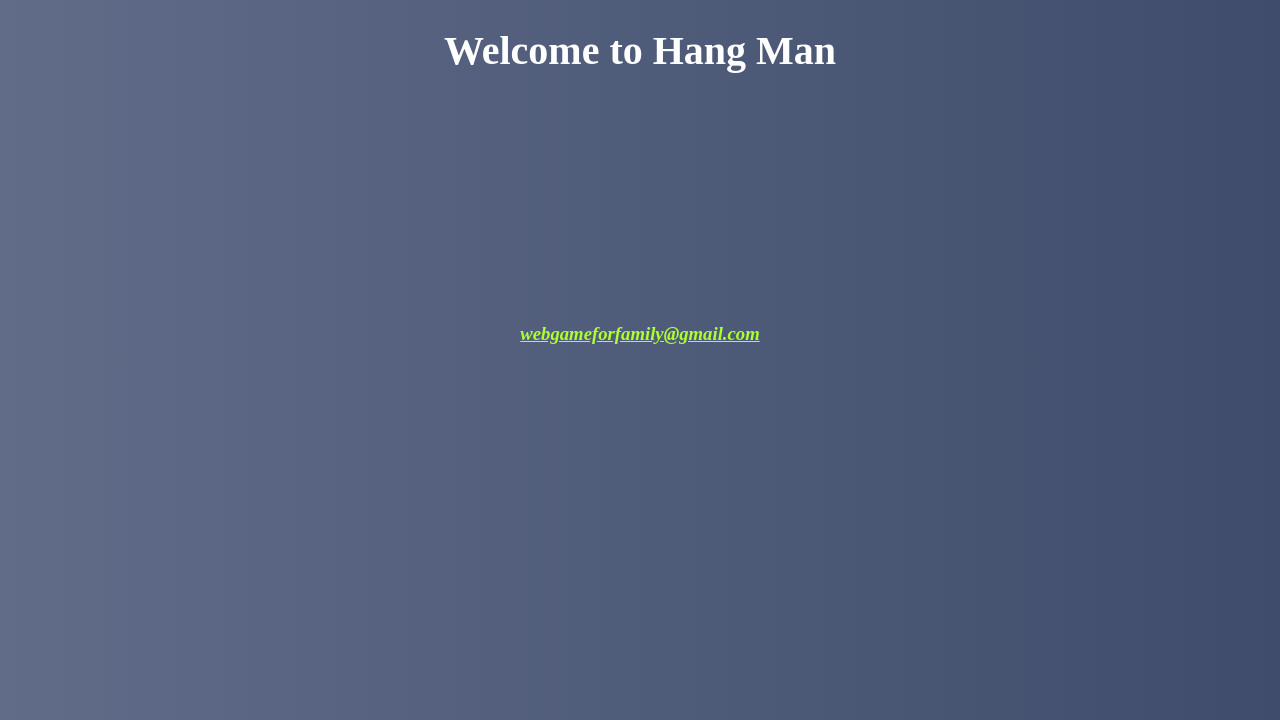
Repository: Darkingfired/Game
Page: hangman.html
The author's editor kept a copy of each file at every save. The page is drawn from the files as they stood at one save, then again after the next save.
The browser window is 1280 px wide. The pictures show the whole page.

Above is the page before, as saved 2022-11-12 20:38:07.
Console error: ReferenceError: Cannot access 'context' before initialization

### hangman.html
<!DOCTYPE html>
<html lang="en">

<head>
    <div>
        <meta charset="UTF-8">
        <meta http-equiv="X-UA-Compatible" content="IE=edge">
        <meta name="viewport" content="width=device-width, initial-scale=1.0">
        <link rel="stylesheet" href="style.css" />
        <script src="Game.js"></script>
        <title>Hang Man game</title>
    </div>
</head>

<body>
    <div></div>
        <h1>Welcome to Hang Man</h1>
        <!-- <canvas id="myCanvas"></canvas> -->
        <canvas id="my-canvas" width="400px" height="200px"></canvas>
        <!-- <img id="myImage" src="./hangman copy.jpg" height="25px", width="25px"/> -->

         <!-- <script>
            window.onload = function(){
                const canvas = document.getElementById("myCanvas");
                const ctx = canvas.getContext("2d")
                const image = document. getElementById("myImage");
                ctx.drawImage(image, 0, 0);
              }
        </script> -->


        <h3>
            <address><a href="mailto:">webgameforfamily@gmail.com</a></address>
        </h3>
    </div>
</body>

</html>

### style.css
body {
  /** background-image: linear-gradient(to right, #f46b45, #eea849); */
  background-image: linear-gradient(to right, #606c88, #3f4c6b);
  color: white;
  text-align: center;
}
.wrapper {
  width: fit-content;
  margin: auto;
}
.hint-div {
  display: flex;
  color: chartreuse;
}
.hint-button,
.reset-button,
.notification-button {
  cursor: pointer;
}
.reset-button {
  margin-left: auto;
}
.alpha {
  width: 2rem;
  height: 2rem;
  background: #ffe5b4;
  border: none;
  border-radius: 4px;
  margin: 3px;
  cursor: pointer;
}
.alpha:hover {
  background-color: #e75480;
  border: none;
}
.disabled {
  pointer-events: none;
  background-color: darkgray;
}

.word-div {
  display: inline-flex;
}
.word {
  margin-right: 1.5rem;
}
.notification {
  position: absolute;
  top: 50%;
  left: 50%;
  transform: translate(-50%, -50%);
  background: #fc6c85;
  width: 20rem;
  padding: 20px 10px;
  border-radius: 4px;
  box-shadow: 3px 3px 1px 1px rgba(0, 0, 0, 0.2);
}
.blur {
  filter: blur(2px);
}
.hidden {
  display: none;
}
form {
  display: block;
  font-size: 30px;
}
h1{
  font-size: 40px;
}
label{
  font-size: 40px;
}
input{
  font-size: 20px;
}
a{
  color:greenyellow;
}

### Game.js
// const canvas = document.getElementById("myCanvas");
// const ctx = canvas.getContext("2d");


// var image = new Image();
//image.src = './hangman copy.jpg';


//  window.onload = function()
// {
//   image.src = './hangman copy.jpg';
//   const canvas = document.getElementById("myCanvas");
//   const ctx = canvas.getContext("2d");
//   const image = document. getElementById("myImage");
//   ctx.drawImage(image, 1, 1);
//}
context.drawImage('./cat.jpg', 0, 0);
const canvas = document.getElementById('canvas'); const context = canvas.getContext('2d'); const img = new Image();        img.src = './cat.jpg';        img.onload = () => {          context.drawImage(img, 0, 0);        };
const myCanvas = document.getElementById('my-canvas'); const myContext = myCanvas.getContext('2d');

After the next save:
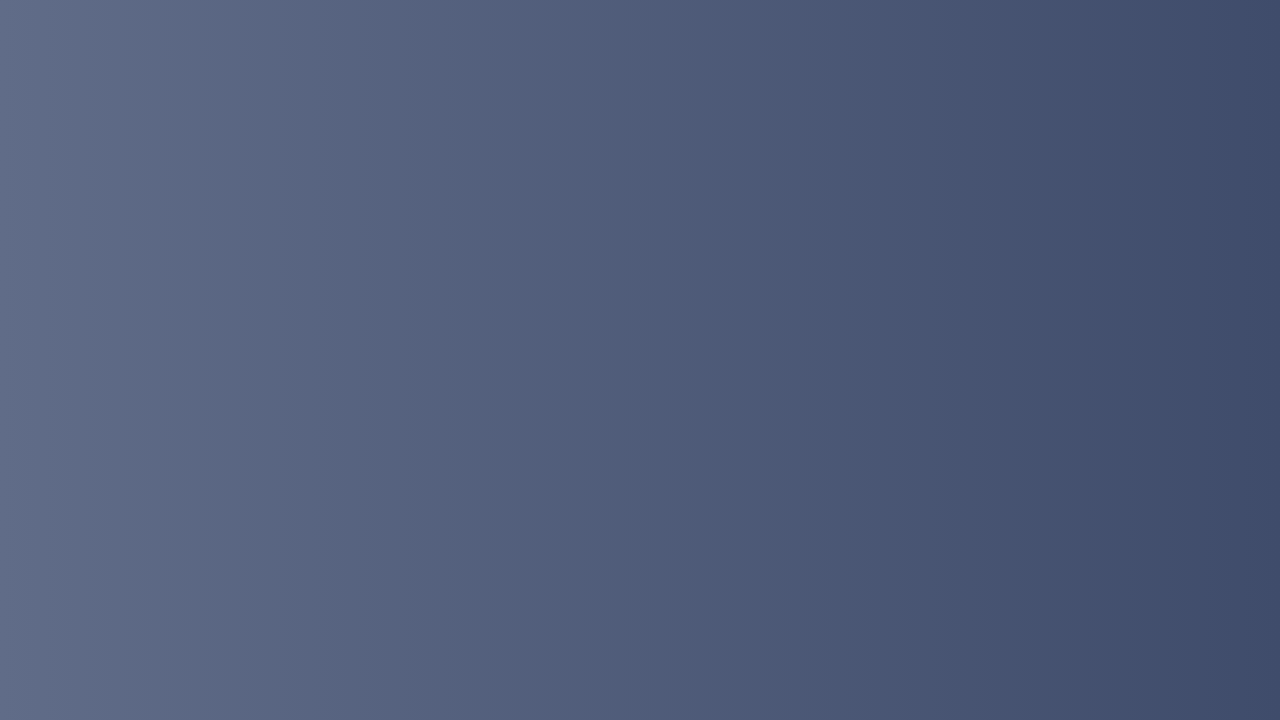
Saved 10 s later.
--- a/hangman.html
+++ b/hangman.html
@@ -14,24 +14,7 @@
 
 <body>
     <div></div>
-        <h1>Welcome to Hang Man</h1>
-        <!-- <canvas id="myCanvas"></canvas> -->
-        <canvas id="my-canvas" width="400px" height="200px"></canvas>
-        <!-- <img id="myImage" src="./hangman copy.jpg" height="25px", width="25px"/> -->
 
-         <!-- <script>
-            window.onload = function(){
-                const canvas = document.getElementById("myCanvas");
-                const ctx = canvas.getContext("2d")
-                const image = document. getElementById("myImage");
-                ctx.drawImage(image, 0, 0);
-              }
-        </script> -->
-
-
-        <h3>
-            <address><a href="mailto:">webgameforfamily@gmail.com</a></address>
-        </h3>
     </div>
 </body>
 

After the 4 saves that followed:
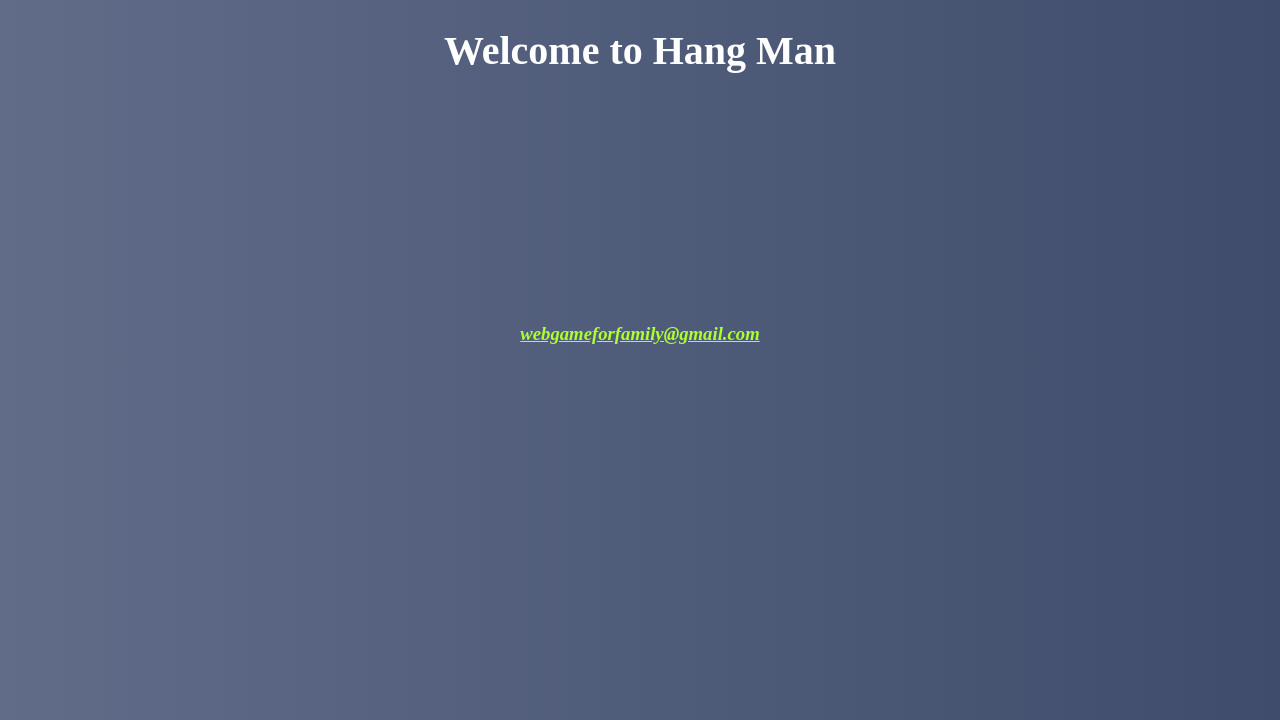
The 4 saves are shown as one change because they came seconds apart.
The last was saved 18 s later.
--- a/hangman.html
+++ b/hangman.html
@@ -13,9 +13,27 @@
 </head>
 
 <body>
-    <div></div>
+    <div>
+        <h1>Welcome to Hang Man</h1>
+        <!-- <canvas id="myCanvas"></canvas> -->
+        <canvas id="my-canvas" width="400px" height="200px"></canvas>
+        <!-- <img id="myImage" src="./hangman copy.jpg" height="25px", width="25px"/> -->
 
+         <!-- <script>
+            window.onload = function(){
+                const canvas = document.getElementById("myCanvas");
+                const ctx = canvas.getContext("2d")
+                const image = document. getElementById("myImage");
+                ctx.drawImage(image, 0, 0);
+              }
+        </script> -->
+
+
+        <h3>
+            <address><a href="mailto:">webgameforfamily@gmail.com</a></address>
+        </h3>
     </div>
+
 </body>
 
 </html>
